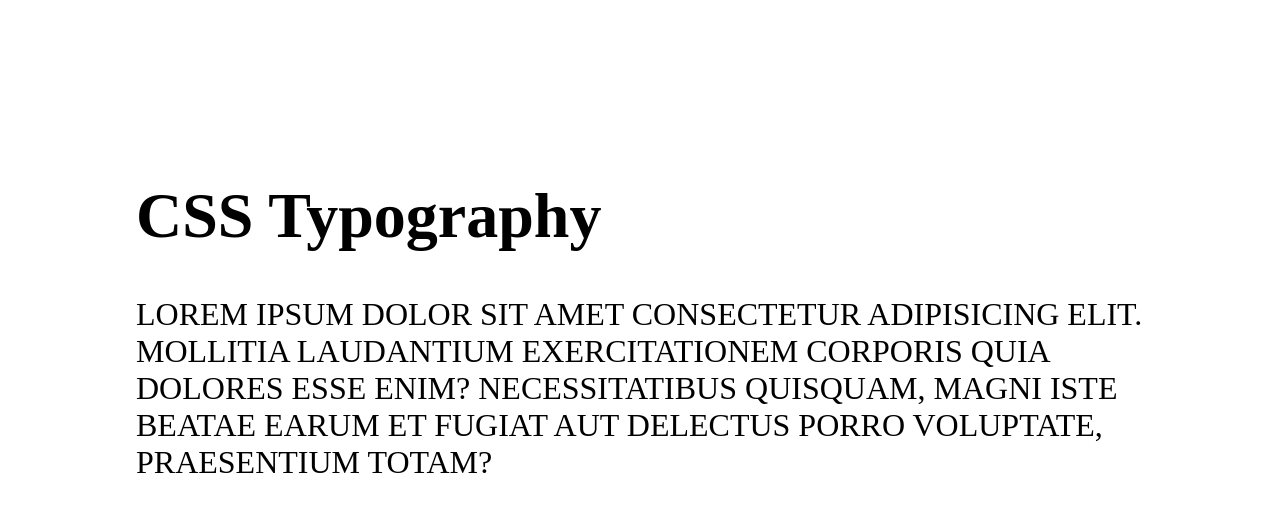
Repository: madhurik9999/Css
Page: index.html
These files come from the project's save history. The page is drawn as it stood at one moment and after the next save; the edit follows.
The browser window is 1280 px wide. The pictures show the whole page.

Above is the page before, as saved 2023-12-10 13:23:14.

### index.html
<!DOCTYPE html>
<html lang="en">

<head>
    <meta charset="UTF-8">
    <meta http-equiv="X-UA-Compatible" content="IE=edge">
    <meta name="viewport" content="width=device-width, initial-scale=1.0">
    <title>Document</title>
    <link rel="stylesheet" href="styles/style.css">
</head>

<body>
    <header>
        <h1>CSS Typography</h1>
    </header>
    <main>
        <p>Lorem ipsum dolor sit amet consectetur adipisicing elit. Mollitia laudantium exercitationem corporis quia
            dolores esse enim? Necessitatibus quisquam, magni iste beatae earum et fugiat aut delectus porro voluptate,
            praesentium totam?</p>
        <!--
        <form>
            <label for="name">Name:</label>
            <input id="name" type="text" placeholder="Your Name" />
            <button>Submit</button>
        </form> -->
    </main>
</body>

</html>

### styles/style.css
/* Typography 1rem = 16px*/
body {
    padding: 10%;
    font-size: 2rem;
}

/* input,
button {
    font: inherit;
} */
p {
    text-decoration: none;
    text-transform: uppercase;
}

After the next save:
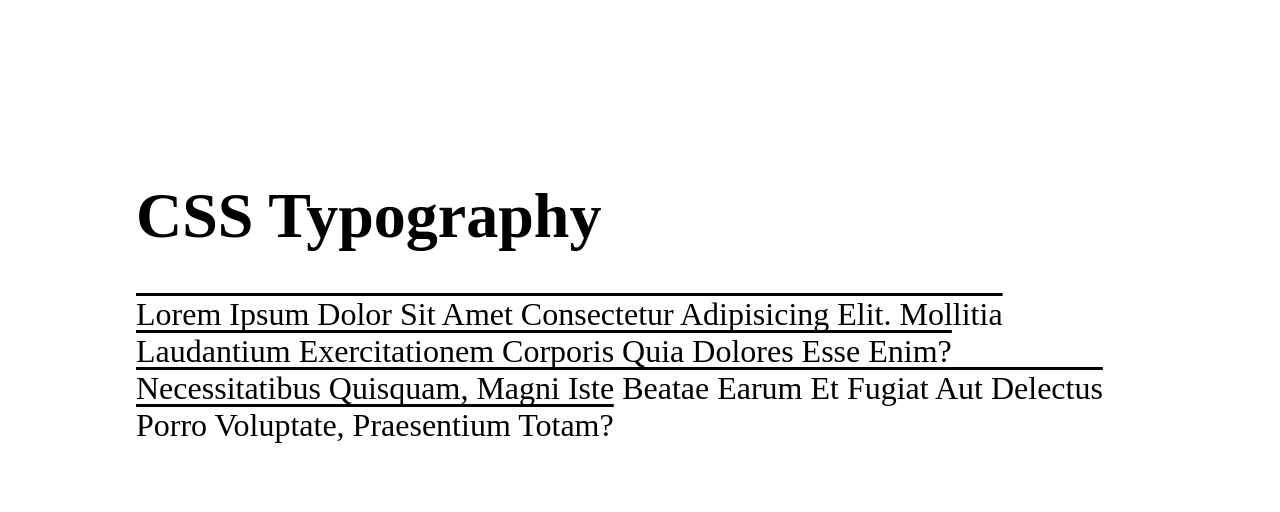
Saved 53 s later.
--- a/styles/style.css
+++ b/styles/style.css
@@ -10,5 +10,8 @@
 } */
 p {
     text-decoration: none;
-    text-transform: uppercase;
-}
+    text-decoration: overline;
+    text-transform: capitalize;
+    /* text-transform: uppercase;
+    text-transform: lowercase;
+} */
